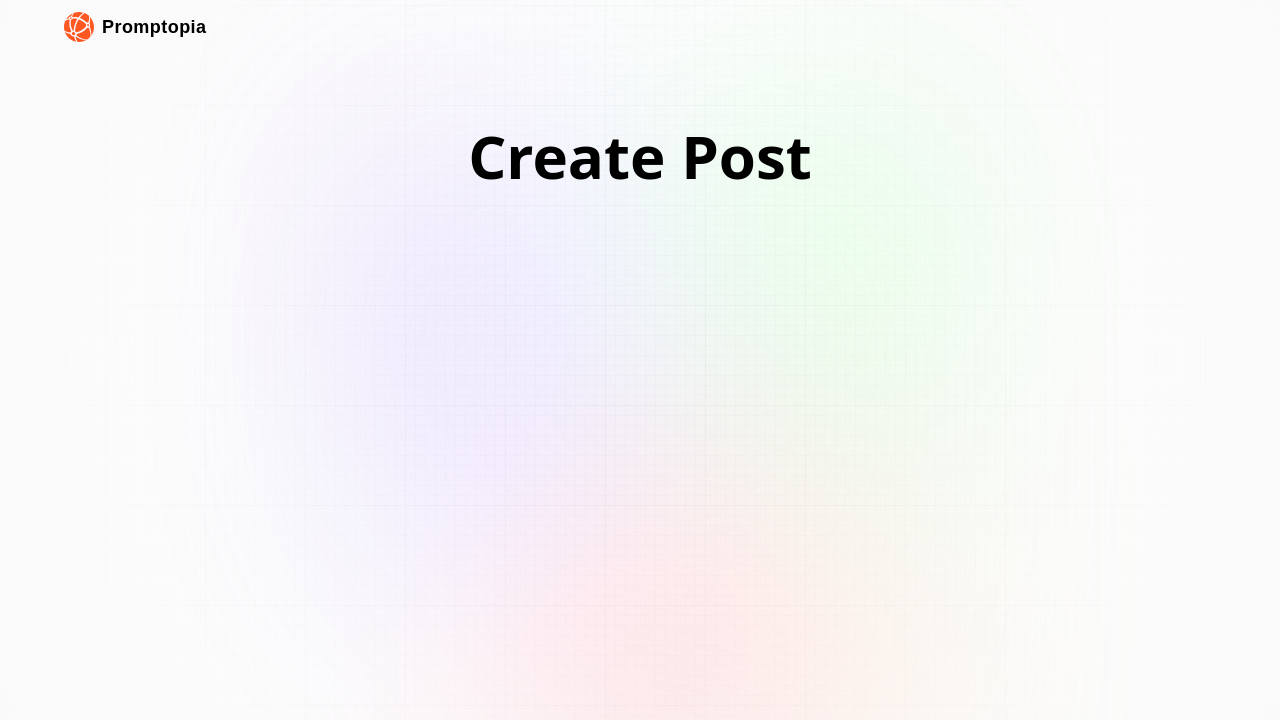
Repository: shraddesh123/promptAI
Page: /create-prompt
The author's editor kept a copy of each file at every save. The page is drawn from the files as they stood at one save, then again after the next save.
The browser window is 1280 px wide. The pictures show the whole page.
The page's requests for data from a server got no answer. The project was rebuilt for these pictures with package versions that can differ from the ones it lists, and the page was loaded fresh each time. The framework's server and built-in components were replaced by stand-ins that run in the browser. No one was signed in, and anything a server would have sent is missing. Also part of the build but not shown: next.config.mjs.

Above is the page before, as saved 2024-08-02 18:13:50.

### app/layout.jsx

import "@styles/global.css";
import Nav from "@components/Nav";
import Provider from "@components/Provider";


export const metadata = {
    title: "Promptopia",
    description: "Discover & Share AI Prompts",
};
//we did not returning anything like other components
const RootLayout = ({ children }) => (
    <html lang='en'>
        <body>
            <Provider>
                <div className='main'>
                    <div className='gradient' />
                </div>
                <main className='app'>
                    <Nav />
                    {children}
                </main>
            </Provider>
        </body>
    </html>
);

export default RootLayout;

### app/create-prompt/page.jsx
"use client";
import { useState } from "react"
import { useSession } from "next-auth/react";
import { useRouter } from "next/router";

import Form from "@components/Form";


const CreatePrompt = () => {
    const [Submitting, setSubmitting] = useState(false);
    const [Post, setPost] = useState({
        prompt: '',
        tag: '',
    });
    const createPrompt = async (e) => {

    }
    return (
        <div>
            <Form
                type="Create"
                post={Post}
                setPost={setPost}
                Submitting={Submitting}
                handleSubmit={createPrompt}
            />
        </div>
    )
}

export default CreatePrompt

### styles/global.css
@import url("https://fonts.googleapis.com/css2?family=Inter:wght@100;200;300;400;500;600;700;800;900&display=swap");

@tailwind base;
@tailwind components;
@tailwind utilities;

/*
  Note: The styles for this gradient grid background is heavily inspired by the creator of this amazing site (https://dub.sh) – all credits go to them!
*/

.main {
  width: 100vw;
  min-height: 100vh;
  position: fixed;
  display: flex;
  justify-content: center;
  padding: 120px 24px 160px 24px;
  pointer-events: none;
}

.main:before {
  background: radial-gradient(circle, rgba(2, 0, 36, 0) 0, #fafafa 100%);
  position: absolute;
  content: "";
  z-index: 2;
  width: 100%;
  height: 100%;
  top: 0;
}

.main:after {
  content: "";
  background-image: url("/assets/images/grid.svg");
  z-index: 1;
  position: absolute;
  width: 100%;
  height: 100%;
  top: 0;
  opacity: 0.4;
  filter: invert(1);
}

.gradient {
  height: fit-content;
  z-index: 3;
  width: 100%;
  max-width: 640px;
  background-image: radial-gradient(
      at 27% 37%,
      hsla(215, 98%, 61%, 1) 0px,
      transparent 0%
    ),
    radial-gradient(at 97% 21%, hsla(125, 98%, 72%, 1) 0px, transparent 50%),
    radial-gradient(at 52% 99%, hsla(354, 98%, 61%, 1) 0px, transparent 50%),
    radial-gradient(at 10% 29%, hsla(256, 96%, 67%, 1) 0px, transparent 50%),
    radial-gradient(at 97% 96%, hsla(38, 60%, 74%, 1) 0px, transparent 50%),
    radial-gradient(at 33% 50%, hsla(222, 67%, 73%, 1) 0px, transparent 50%),
    radial-gradient(at 79% 53%, hsla(343, 68%, 79%, 1) 0px, transparent 50%);
  position: absolute;
  content: "";
  width: 100%;
  height: 100%;
  filter: blur(100px) saturate(150%);
  top: 80px;
  opacity: 0.15;
}

@media screen and (max-width: 640px) {
  .main {
    padding: 0;
  }
}

/* Tailwind Styles */

.app {
  @apply relative z-10 flex justify-center items-center flex-col max-w-7xl mx-auto sm:px-16 px-6;
}

.black_btn {
  @apply rounded-full border border-black bg-red-500 py-1.5 px-5 text-white transition-all hover:bg-white hover:text-black text-center text-sm font-inter flex items-center justify-center;
}

.outline_btn {
  @apply rounded-full border border-black bg-transparent py-1.5 px-5 text-black transition-all hover:bg-black hover:text-white text-center text-sm font-inter flex items-center justify-center;
}

.head_text {
  @apply mt-5 text-5xl font-extrabold leading-[1.15] text-black sm:text-6xl;
}

.orange_gradient {
  @apply bg-gradient-to-r from-amber-500 via-orange-600 to-yellow-500 bg-clip-text text-transparent;
}

.green_gradient {
  @apply bg-gradient-to-r from-green-400 to-green-500 bg-clip-text text-transparent;
}

.blue_gradient {
  @apply bg-gradient-to-r from-blue-600 to-cyan-600 bg-clip-text text-transparent;
}

.desc {
  @apply mt-5 text-lg text-gray-600 sm:text-xl max-w-2xl;
}

.search_input {
  @apply block w-full rounded-md border border-gray-200 bg-white py-2.5 font-satoshi pl-5 pr-12 text-sm shadow-lg font-medium focus:border-black focus:outline-none focus:ring-0;
}

.copy_btn {
  @apply w-7 h-7 rounded-full bg-white/10 shadow-[inset_10px_-50px_94px_0_rgb(199,199,199,0.2)] backdrop-blur flex justify-center items-center cursor-pointer;
}

.glassmorphism {
  @apply rounded-xl border border-gray-200 bg-white/20 shadow-[inset_10px_-50px_94px_0_rgb(199,199,199,0.2)] backdrop-blur p-5;
}

.prompt_layout {
  @apply space-y-6 py-8 sm:columns-2 sm:gap-6 xl:columns-3;
}

/* Feed Component */
.feed {
  @apply mt-16 mx-auto w-full max-w-xl flex justify-center items-center flex-col gap-2;
}

/* Form Component */
.form_textarea {
  @apply w-full flex rounded-lg h-[200px] mt-2 p-3 text-sm text-gray-500 outline-0;
}

.form_input {
  @apply w-full flex rounded-lg mt-2 p-3 text-sm text-gray-500 outline-0;
}

/* Nav Component */
.logo_text {
  @apply max-sm:hidden font-satoshi font-semibold text-lg text-black tracking-wide;
}

.dropdown {
  @apply absolute right-0 top-full mt-3 w-full p-5 rounded-lg bg-white min-w-[210px] flex flex-col gap-2 justify-end items-end;
}

.dropdown_link {
  @apply text-sm font-inter text-gray-700 hover:text-gray-500 font-medium;
}

/* PromptCard Component */
.prompt_card {
  @apply flex-1 break-inside-avoid rounded-lg border border-gray-300 bg-white/20 bg-clip-padding p-6 pb-4 backdrop-blur-lg backdrop-filter md:w-[360px] w-full h-fit;
}

.flex-center {
  @apply flex justify-center items-center;
}

.flex-start {
  @apply flex justify-start items-start;
}

.flex-end {
  @apply flex justify-end items-center;
}

.flex-between {
  @apply flex justify-between items-center;
}

### components/Nav.jsx
"use client";
import Link from "next/link"
import Image from "next/image"
import { useState, useEffect } from "react"
import { signIn, signOut, useSession, getProviders } from 'next-auth/react'


const Nav = () => {

    const { data: session } = useSession();
    const [providers, setProviders] = useState(null);
    const [toggleDropdown, setToggleDropdown] = useState(false);

    useEffect(() => {//functional component to fetch the available authentication providers from the next-auth library
        const setUpProviders = async () => {
            const res = await getProviders();//the getProviders function is called and the result is stored in the res variable.
            setProviders(res);
            // The setProviders function is then called with the res variable to update the providers state variable.
        }
        setUpProviders();
    }, []);


    return (
        <nav className="flex-between w-full mb-16 pt-3">
            <Link
                href="/"
                className="flex gap-2 flex-center">

                <Image
                    src="/assets/images/logo.svg"
                    width={30}
                    height={30}
                    className="object-contain"
                    alt="logo"
                />

                <p className="logo_text">Promptopia</p>

            </Link>
            {/*desktop navigation*/}
            <div className="sm:flex hidden">
                {session?.user ? (
                    <div className="flex gap-3 md:gap-5">
                        <Link
                            href="/create-prompt"
                            className="black_btn"
                        >
                            Create Post
                        </Link>
                        <button
                            type="button"
                            onClick={signOut}
                            className="outline_btn">
                            Sign Out
                        </button>
                        <Link href="/profile">
                            <Image
                                src={session?.user.image}
                                width={37}
                                height={37}
                                className="rounded-full"
                                alt="profile"
                            />
                        </Link>
                    </div>
                ) : (
                    <>
                        {providers &&
                            Object.values(providers).map((provider) => (
                                <button
                                    type='button'
                                    key={provider.name}
                                    onClick={() => {
                                        signIn(provider.id);
                                    }}
                                    className='black_btn'
                                >
                                    Sign In
                                </button>
                            ))}
                    </>
                )}
            </div>
            {/*mobile navigation*/}
            <div className="sm:hidden flex relative">
                {session?.user ? (
                    <div className="flex">
                        <Image
                            src={session?.user.image}
                            width={30}
                            height={30}
                            className="object-contain cursor-pointer"
                            alt="profile"
                            onClick={() => setToggleDropdown(!toggleDropdown)}//prev is a reference to the previous value of the toggleDropdown state variable.!prev expression is used to toggle the value of prev. If prev is true, !prev will be false, and vice versa.
                        />
                        {toggleDropdown && (
                            <div className="dropdown">
                                <Link
                                    href='/profile'
                                    className='dropdown_link'
                                    onClick={() => setToggleDropdown(false)}
                                >
                                    My Profile
                                </Link>
                                <Link
                                    href='/create-prompt'
                                    className='dropdown_link'
                                    onClick={() => setToggleDropdown(false)}
                                >
                                    Create Post
                                </Link>
                                <button
                                    type="button"
                                    onClick={() => {
                                        setToggleDropdown(false);
                                        signOut();
                                    }}
                                    className="mt-5 w-full black_btn"
                                >
                                    Sign Out
                                </button>
                            </div>
                        )}
                    </div>
                )
                    :
                    (
                        <>
                            {providers &&
                                Object.values(providers).map((provider) => (
                                    <button
                                        type='button'
                                        key={provider.name}
                                        onClick={() => {
                                            signIn(provider.id);
                                        }}
                                        className='black_btn'
                                    >
                                        Sign in
                                    </button>
                                ))}
                        </>
                    )}
            </div>
        </nav>
    )
}

export default Nav

### components/Provider.jsx
"use client";
import { SessionProvider } from 'next-auth/react'

const Provider = ({ children, session }) => {

  return (
    <SessionProvider session={session}>
      {children}
    </SessionProvider>
  )
}

export default Provider

### components/Form.jsx
import Link from "next/link"

const Form = ({ type, post, setPost, Submitting, handleSubmit }) => {
  return (
    <section className="w-full max-w-full flex-start flex-col">
      <h1 className="head_text text-left"> <span className="">{type} Post</span>    </h1>
    </section>
  )
}

export default Form

Loaded but not shown: tailwind.config.js (common file)

After the next save:
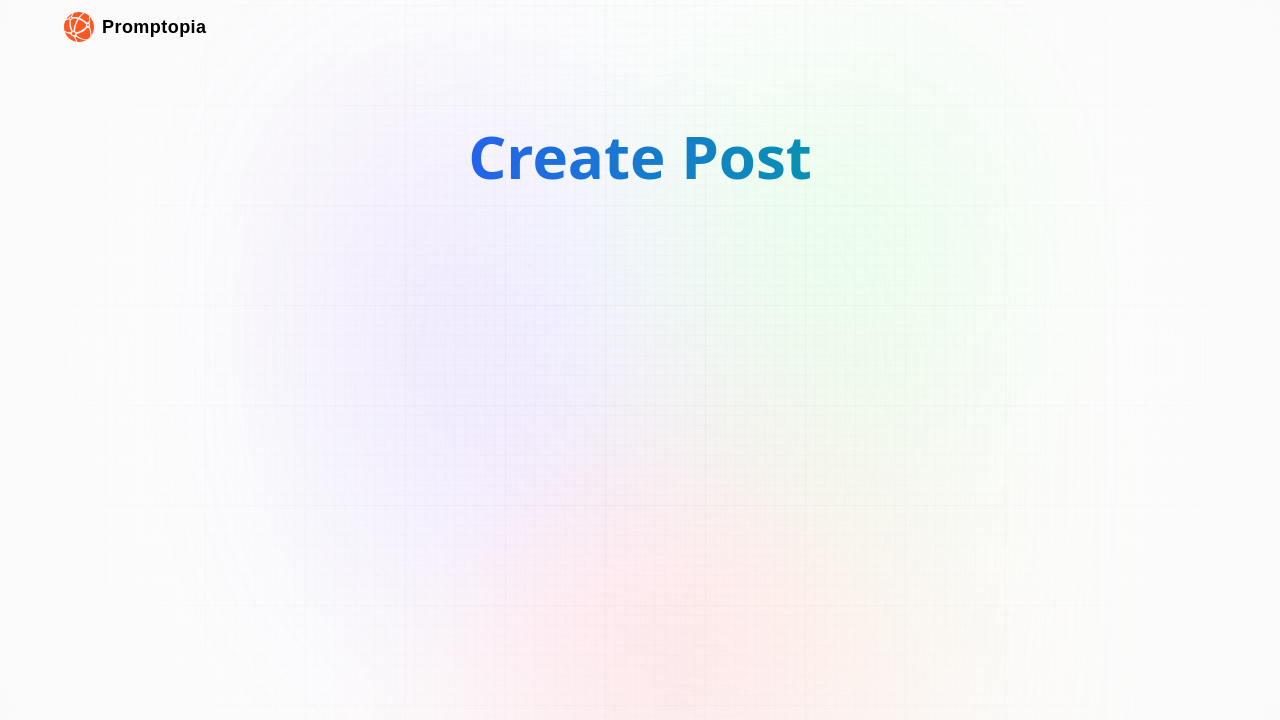
Saved 5 s later.
--- a/components/Form.jsx
+++ b/components/Form.jsx
@@ -3,7 +3,7 @@ import Link from "next/link"
 const Form = ({ type, post, setPost, Submitting, handleSubmit }) => {
   return (
     <section className="w-full max-w-full flex-start flex-col">
-      <h1 className="head_text text-left"> <span className="">{type} Post</span>    </h1>
+      <h1 className="head_text text-left"> <span className="blue_gradient">{type} Post</span>    </h1>
     </section>
   )
 }
